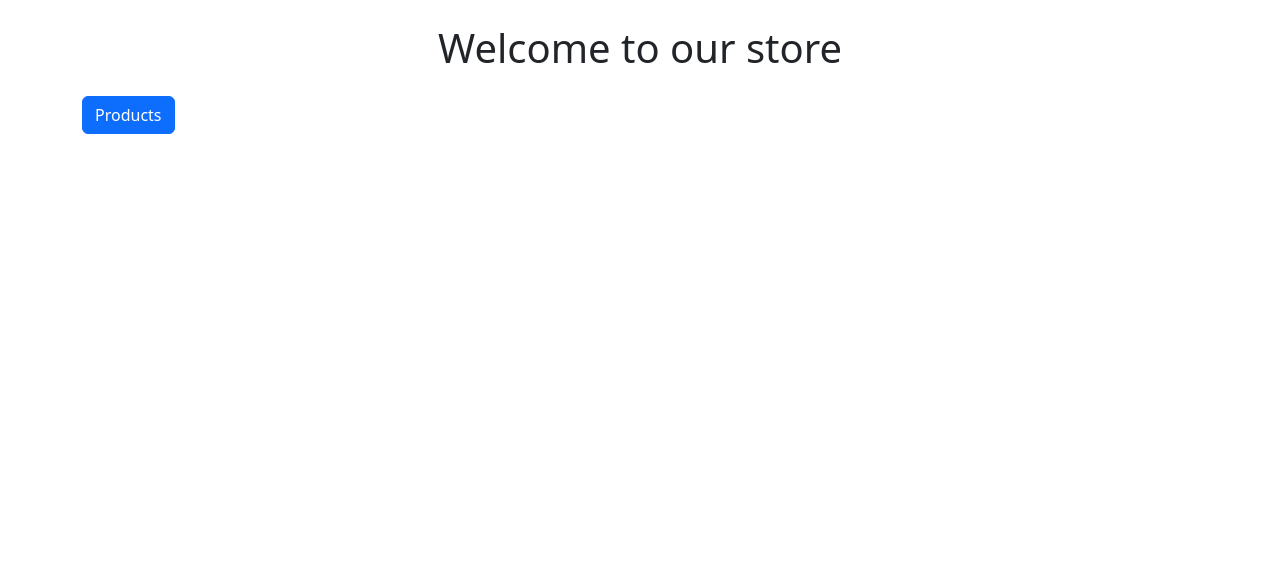
Repository: IAMKholo/capstone
Page: CapProject/OnlineStore/src/main/resources/static/index.html
An editor plug-in stored every save of this project. The page is shown before and after the next save, followed by the edit.
The browser window is 1280 px wide. The pictures show the whole page.

Above is the page before, as saved 2025-03-31 06:20:10.

### CapProject/OnlineStore/src/main/resources/static/index.html
<!doctype html>
<html lang="en">
  <head>
    <meta charset="utf-8">
    <meta name="viewport" content="width=device-width, initial-scale=1">
    <title>BlueStore App</title>
    <link href="https://cdn.jsdelivr.net/npm/bootstrap@5.3.3/dist/css/bootstrap.min.css" rel="stylesheet" integrity="sha384-QWTKZyjpPEjISv5WaRU9OFeRpok6YctnYmDr5pNlyT2bRjXh0JMhjY6hW+ALEwIH" crossorigin="anonymous">
  </head>
  <body>
    <div class="container">
    <h1 class="text-center my-4">Welcome to our store</h1>

    <a class="btn btn-primary" href="/products">Products</a>


    </div>
    <script src="https://cdn.jsdelivr.net/npm/bootstrap@5.3.3/dist/js/bootstrap.bundle.min.js" integrity="sha384-YvpcrYf0tY3lHB60NNkmXc5s9fDVZLESaAA55NDzOxhy9GkcIdslK1eN7N6jIeHz" crossorigin="anonymous"></script>
  </body>
</html>

After the next save:
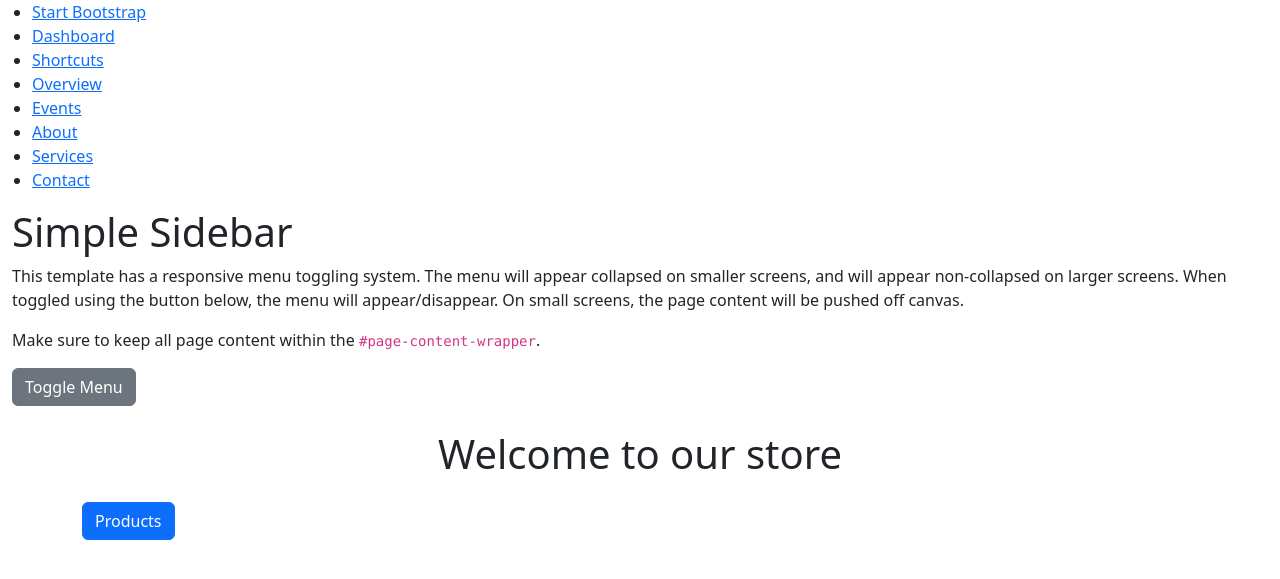
Console error: ReferenceError: $ is not defined
Saved 19 min 57 s later.
--- a/CapProject/OnlineStore/src/main/resources/static/index.html
+++ b/CapProject/OnlineStore/src/main/resources/static/index.html
@@ -7,6 +7,69 @@
     <link href="https://cdn.jsdelivr.net/npm/bootstrap@5.3.3/dist/css/bootstrap.min.css" rel="stylesheet" integrity="sha384-QWTKZyjpPEjISv5WaRU9OFeRpok6YctnYmDr5pNlyT2bRjXh0JMhjY6hW+ALEwIH" crossorigin="anonymous">
   </head>
   <body>
+  <div id="wrapper" class="toggled">
+
+        <!-- Sidebar -->
+        <div id="sidebar-wrapper">
+            <ul class="sidebar-nav">
+                <li class="sidebar-brand">
+                    <a href="#">
+                        Start Bootstrap
+                    </a>
+                </li>
+                <li>
+                    <a href="#">Dashboard</a>
+                </li>
+                <li>
+                    <a href="#">Shortcuts</a>
+                </li>
+                <li>
+                    <a href="#">Overview</a>
+                </li>
+                <li>
+                    <a href="#">Events</a>
+                </li>
+                <li>
+                    <a href="#">About</a>
+                </li>
+                <li>
+                    <a href="#">Services</a>
+                </li>
+                <li>
+                    <a href="#">Contact</a>
+                </li>
+            </ul>
+        </div>
+        <!-- /#sidebar-wrapper -->
+
+        <!-- Page Content -->
+        <div id="page-content-wrapper">
+            <div class="container-fluid">
+                <h1>Simple Sidebar</h1>
+                <p>This template has a responsive menu toggling system. The menu will appear collapsed on smaller screens, and will appear non-collapsed on larger screens. When toggled using the button below, the menu will appear/disappear. On small screens, the page content will be pushed off canvas.</p>
+                <p>Make sure to keep all page content within the <code>#page-content-wrapper</code>.</p>
+                <a href="#menu-toggle" class="btn btn-secondary" id="menu-toggle">Toggle Menu</a>
+            </div>
+        </div>
+        <!-- /#page-content-wrapper -->
+
+    </div>
+    <!-- /#wrapper -->
+
+    <!-- Menu Toggle Script -->
+    <script>
+    $("#menu-toggle").click(function(e) {
+        e.preventDefault();
+        $("#wrapper").toggleClass("toggled");
+    });
+    </script>
+
+
+
+
+
+
+
     <div class="container">
     <h1 class="text-center my-4">Welcome to our store</h1>
 
